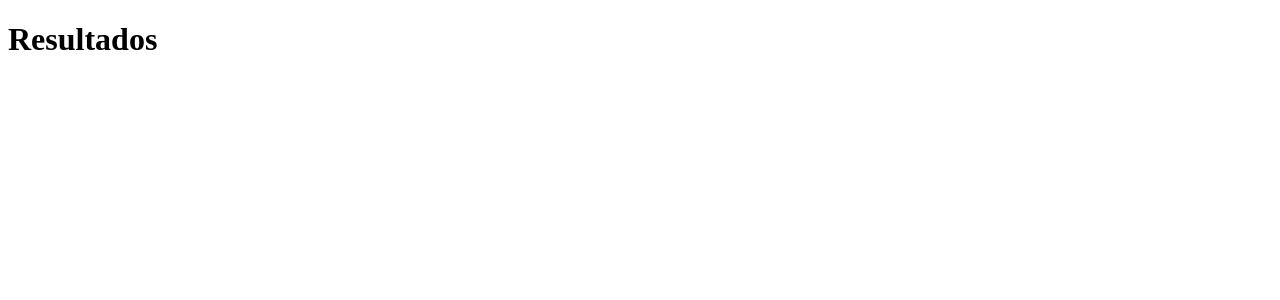
Repository: aldar1/Examen-Final-INF319
Page: http://localhost/test1/resultado.jsp
These files come from the project's save history. The page is drawn as it stood at one moment and after the next save; the edit follows.
The browser window is 1280 px wide. The pictures show the whole page.
The page is served by Tomcat 9.

Above is the page before, as saved 2021-12-15 09:09:58.

### Java/test1/src/main/webapp/resultado.jsp
<%@ page language="java" contentType="text/html; charset=ISO-8859-1"
    pageEncoding="ISO-8859-1"%>
<!DOCTYPE html>
<html>
<head>
<meta charset="ISO-8859-1">
<title>Resultado</title>
</head>
<%@ page import="java.util.*" %>

<%!

public interface Callable {
    public int suma(int a, int b);
    public int resta(int a, int b);
    public int multi(int a, int b);
    public int divi(int a, int b);
    public int[][] sumamat(int[][] a, int[][] b);
    public int[][] restamat(int[][] a, int[][] b);
    public int[][] multimat(int[][] a, int[][] b);
}

public class Calcu implements Callable {
    public int suma(int a, int b) {
    	return a+b;
    }
    public int resta(int a, int b) {
    	return a-b;
    }
    public int multi(int a, int b) {
    	return a*b;
    }
    public int divi(int a, int b) {
    	return a/b;
    }
    public int[][] sumamat(int[][] mat1, int[][] mat2)
    {
        int[][] res = new int[2][2];
        for (int i = 0; i < 2; i++)
        {
            for (int j = 0; j < 2; j++)
            {
                res[i][j] = mat1[i][j] + mat2[i][j];
            }
        }
        return res;
    }
    public int[][] restamat(int[][] mat1, int[][] mat2)
    {
        int[][] res = new int[2][2];
        for (int i = 0; i < 2; i++)
        {
            for (int j = 0; j < 2; j++)
            {
                res[i][j] = mat1[i][j] - mat2[i][j];
            }
        }
        return res;
    }

    public int[][] multimat(int[][] mat1, int[][] mat2)
    {
        int[][] res = new int[2][2];
        int n = 2;
        for (int i = 0; i < n; i++)
        {
            for (int j = 0; j < n; j++)
            {
                res[i][j] = 0;
                for (int k = 0; k < n; k++)
                {
                    res[i][j] += mat1[i][k] * mat2[k][j];
                }
            }
        }
        return res;
    }
}

public static int invoke(Callable callable, int a, int b, String op){
	if (op.equals("suma")) return callable.suma(a,b);
	else if (op.equals("resta")) return callable.resta(a,b);
	else if (op.equals("multi")) return callable.multi(a,b);
	return callable.divi(a,b);
}

public static int[][] mat(Callable callable, int[][] a, int[][] b, String op){
	if (op.equals("suma")) return callable.sumamat(a,b);
	else if (op.equals("resta")) return callable.restamat(a,b);
	return callable.multimat(a,b);
}
%>
<body>
<h1>Resultados</h1>

<%
if(request.getParameter("n_fibo") != null){
	out.print("<h2>Fibonacci</h2>");
	int a, b, lim, aux;
    lim = Integer.parseInt(request.getParameter("n_fibo"));
    a = 0;
    b = 1;
    out.print("0, ");
    for (int i = 2; i <= lim; i++)
    {
        aux = a;
        a = b;
        b = aux + a;
        out.print(a + ", ");
        if (i % 10 == 0 && i != 0) out.print("<br>");
    }
}

//calculadora
else if(request.getParameter("a_calcu") != null && request.getParameter("b_calcu") != null && request.getParameter("op_calcu") != null){
	out.print("<h2>Calculadora</h2>");
	String op = request.getParameter("op_calcu");
	int a = Integer.parseInt(request.getParameter("a_calcu"));
    int b = Integer.parseInt(request.getParameter("b_calcu"));
    if(op.equals("suma") || op.equals("resta") || op.equals("multi") || op.equals("divi")){
    	out.print(op+"<br>");
    	Callable cmd = new Calcu();
        int res = invoke(cmd, a, b, op);
    	out.print(res);
    }
    else out.print("Operacion no reconocida");
}

//calculadora de matrices
else if(request.getParameter("mat100") != null && request.getParameter("mat101") != null && request.getParameter("mat110") != null &&
	request.getParameter("mat111") != null && request.getParameter("mat200") != null && request.getParameter("mat201") != null &&
	request.getParameter("mat210") != null && request.getParameter("mat211") != null && request.getParameter("op_matrices") != null){
	out.print("<h2>Calculadora de matrices</h2>");
	String op = request.getParameter("op_matrices");
	out.print(op+"<br>");
	int a = Integer.parseInt(request.getParameter("mat100"));
	int b = Integer.parseInt(request.getParameter("mat101"));
	int c = Integer.parseInt(request.getParameter("mat110"));
	int d = Integer.parseInt(request.getParameter("mat111"));
	int a1 = Integer.parseInt(request.getParameter("mat200"));
	int b1 = Integer.parseInt(request.getParameter("mat201"));
	int c1 = Integer.parseInt(request.getParameter("mat210"));
	int d1 = Integer.parseInt(request.getParameter("mat211"));

	int[][] m1 = {{a,b},{c,d}};
	int[][] m2 = {{a1,b1},{c1,d1}};
    if(op.equals("suma") || op.equals("resta") || op.equals("multi")){
    	Callable cmd = new Calcu();
        int[][] res = mat(cmd, m1, m2, op);
        for(int i=0; i<2; i++){
        	for(int j=0; j<2; j++){
        		out.print(res[i][j]+" ");
        	}
        	out.print("<br>");
        }
    }
    else out.print("Operacion no reconocida");
}

//criba
if(request.getParameter("n_criba") != null){
	out.print("<h2>Criba</h2>");
	int n = Integer.parseInt(request.getParameter("n_criba"));
    Boolean[] marcados = new Boolean[n + 1];
    for (int i = 2; i < marcados.length; i++){
    	marcados[i] = false;
    }

    for (int i = 2; i <= Math.sqrt(n); i++)
    {
        if (!marcados[i]){
        	for (int j = i * 2; j <= n; j += i) marcados[j] = true;
        }
    }

    for (int i = 2; i < marcados.length; i++){
    	if (marcados[i] == false)
        {
			out.print(i+", ");
			if (i % 10 == 0) out.print("<br>");
        }
    }
}
//separar lista
if(request.getParameter("lista") != null){
	out.print("<h2>Separar lista</h2>");
	String[] cad = request.getParameter("lista").trim().split(" ");
	int[] lista = new int[cad.length];
	String pares ="";
    String impares ="";
    int cop=0;
    int coi=0;

	for(int i=0; i<lista.length; i++){
		lista[i]=Integer.parseInt(cad[i]);
		if (lista[i] % 2 == 0) pares += lista[i] + ", ";
        else impares += lista[i] + ", ";
	}
	out.println("<h3>Pares</h3>");
	out.println(pares);
	out.println("<h3>Impares</h3>");
	out.println(impares);
}


%>
</body>
</html>

After the next save:
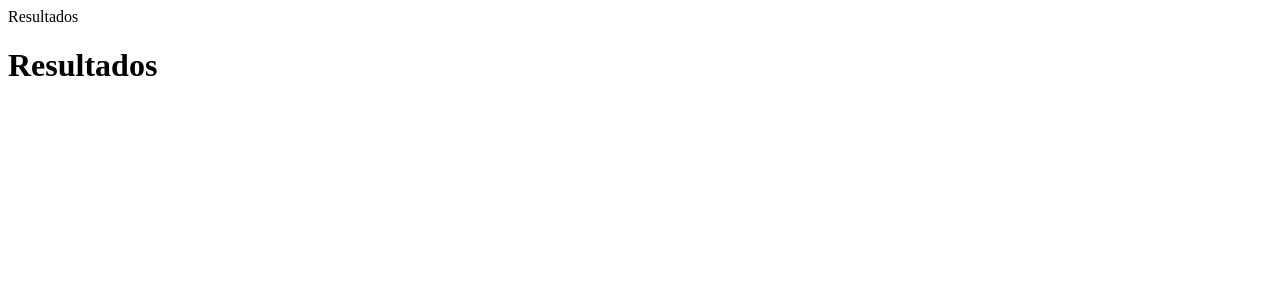
Saved 58 s later.
--- a/Java/test1/src/main/webapp/resultado.jsp
+++ b/Java/test1/src/main/webapp/resultado.jsp
@@ -89,6 +89,10 @@ public static int[][] mat(Callable callable, int[][] a, int[][] b, String op){
 	else if (op.equals("resta")) return callable.restamat(a,b);
 	return callable.multimat(a,b);
 }
+%>
+<body>Resultados</body>
+<%
+
 %>
 <body>
 <h1>Resultados</h1>
